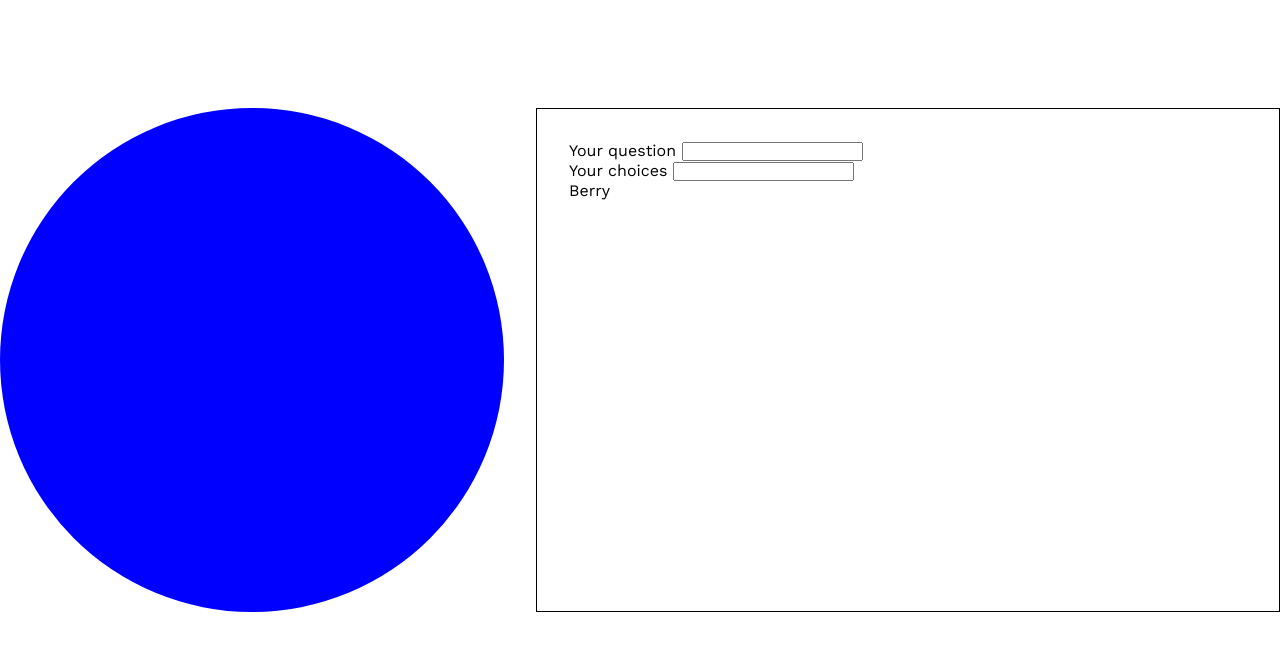
Repository: emiliaiwu/choice_wheel_spinner
Page: index.html
An editor plug-in stored every save of this project. The page is shown before and after the next save, followed by the edit.
The browser window is 1280 px wide. The pictures show the whole page.

Above is the page before, as saved 2023-01-09 23:26:53.

### index.html
<!DOCTYPE html>
<html lang="en">
<head>
    <meta charset="UTF-8">
    <meta http-equiv="X-UA-Compatible" content="IE=edge">
    <meta name="viewport" content="width=device-width, initial-scale=1.0">
    <link rel="stylesheet" href="style.css">
    <title>Choice Picker</title>
</head>
<body>
    <div class="container">
        <div class="choice_picker_container">
            <div class="choice_picker">
                <div class="circle"></div>
            </div>
            <div class="choice_details">
                <div class="question">
                    <label for="question">Your question</label>
                    <input type="text" name="question" id="question">
                </div>
                <div class="make_choices">
                    <label for="choices">Your choices</label>
                    <input type="text" name="choices" id="choices">
                </div>
                <div class="listed_choices">
                    <span class="choice">Berry</span>
                </div>
            </div>
        </div>
        <div class="picked_choice">

        </div>
    </div>
</body>
</html>

### style.css
@import url('https://fonts.googleapis.com/css2?family=Work+Sans:ital,wght@0,400;0,500;1,700&display=swap');

* {
    padding: 0;
    margin: 0;
    box-sizing: border-box;
}


body {
    font-family: 'Work Sans', sans-serif;
    max-width: 100vw;
    min-height: 100vh;
    display: flex;
    align-items: center;
    justify-content: center;
}

.container {
    width: 100%;
    height: 100%;
}

.choice_picker_container {
    display: flex;
    align-items: flex-start;
    justify-content: space-between;
    gap: 2rem;
}

.circle {
    width: 70vmin;
    height: 70vmin;
    background-color: blue;
    border-radius: 50%;
}


.choice_details {
    border: 1px solid;
    padding: 2rem;
    height: 70vmin;
    width: 100%;
}

After the next save:
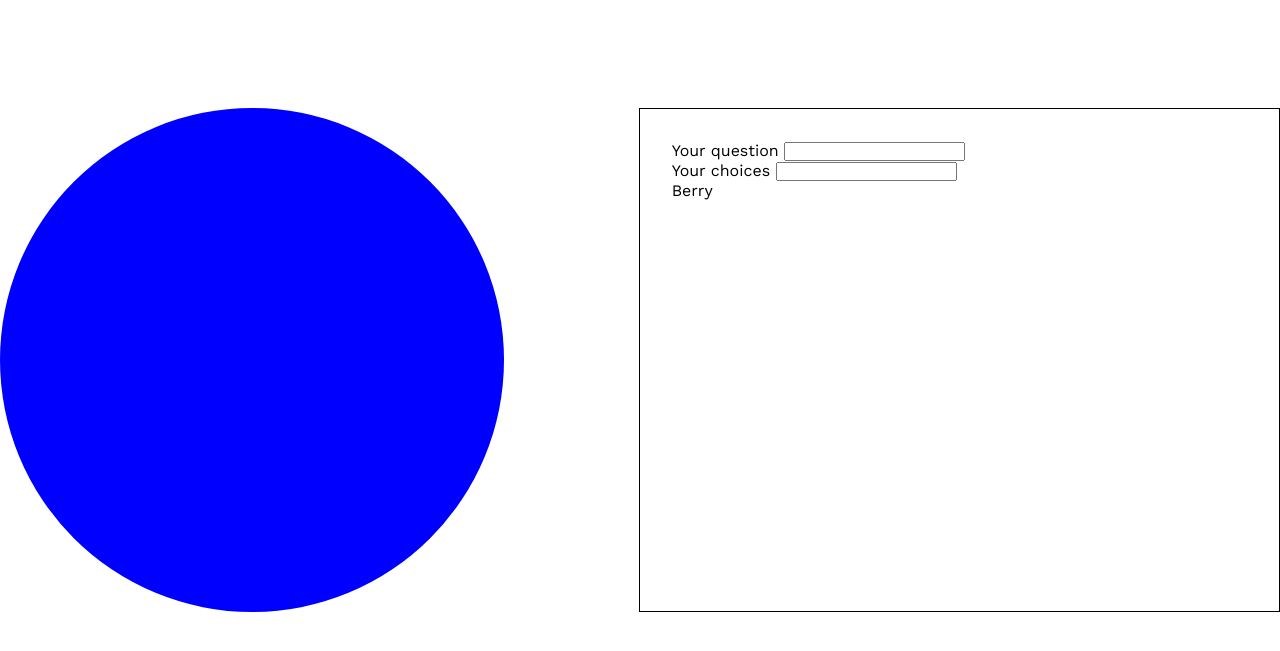
Saved 54 s later.
--- a/style.css
+++ b/style.css
@@ -16,7 +16,8 @@
     justify-content: center;
 }
 
-.container {
+.container,
+.choice_picker {
     width: 100%;
     height: 100%;
 }
